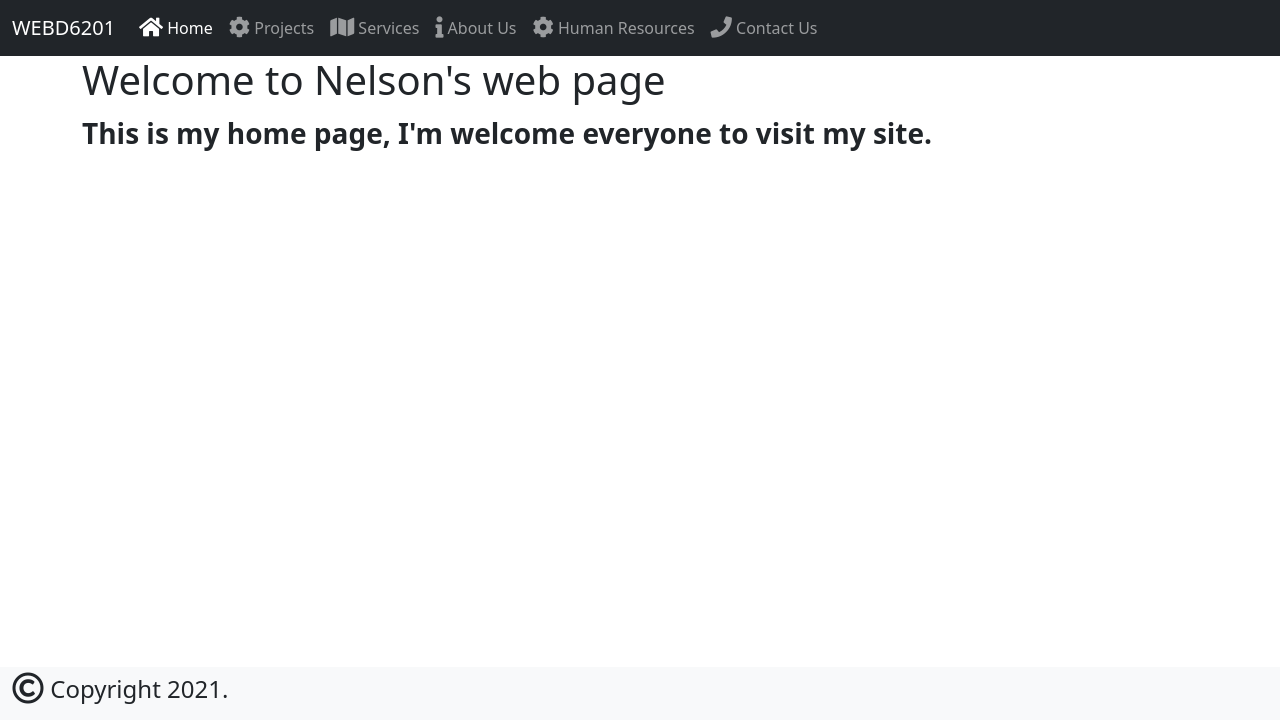
Repository: YiuWingLau/WEBD6201-W2021-Lab1
Page: index.html
An editor plug-in stored every save of this project. The page is shown before and after the next save, followed by the edit.
The browser window is 1280 px wide. The pictures show the whole page.

Above is the page before, as saved 2021-02-04 00:37:04.

### index.html
<!DOCTYPE html>
<html lang="en">
<head>
    <meta charset="UTF-8">
    <meta name="viewport" content="width=device-width, initial-scale=1.0">
    <title>Home</title>

    <!--CSS Section -->
    <link rel="stylesheet" href="./node_modules/bootstrap/dist/css/bootstrap.min.css">
    <link rel="stylesheet" href="./node_modules/@fortawesome//fontawesome-free/css/all.min.css">
    <link rel="stylesheet" href="./Content/app.css">
</head>
<body>
    <!-- Main Header-->
    <header>
      <!-- Main Navigation-->
        <nav class="navbar navbar-expand-lg navbar-dark bg-dark">
            <div class="container-fluid">
              <a class="navbar-brand" href="index.html">WEBD6201</a>
              <button class="navbar-toggler" type="button" data-bs-toggle="collapse" data-bs-target="#navbarSupportedContent" aria-controls="navbarSupportedContent" aria-expanded="false" aria-label="Toggle navigation">
                <span class="navbar-toggler-icon"></span>
              </button>
              <div class="collapse navbar-collapse" id="navbarSupportedContent">
                <ul class="navbar-nav me-auto mb-2 mb-lg-0">

                  <li id="navBarIndex" class="nav-item">
                    <a class="nav-link active" aria-current="page" href="index.html"><i class="fas fa-home fa-lg"></i> Home</a>
                  </li>

                  <li id="navBarProjects" class="nav-item">
                    <a class="nav-link" aria-current="page" href="products.html"><i class="fas fa-cog fa-lg"></i> Products</a>
                  </li>

                  <li id="navBarServices" class="nav-item">
                    <a class="nav-link" aria-current="page" href="services.html"><i class="fas fa-map fa-lg"></i> Services</a>
                  </li>

                  <li id="navBarAbout" class="nav-item">
                    <a class="nav-link" aria-current="page" href="about.html"><i class="fas fa-info fa-lg"></i> About Us</a>
                  </li>

                  <li id="navBarContact" class="nav-item">
                    <a class="nav-link" aria-current="page" href="contact.html"><i class="fas fa-phone fa-lg"></i> Contact Us</a>
                  </li>

                    </li>
                </ul>
              </div>
            </div>
        </nav>
    </header>
    <!-- Main Content -->
    <main class="container">
        <h1>Welcome to WEBD6201</h1>
        <p id="paragraphOne" class="fs-3"></p>
    </main>
    <!-- Main Footer -->
    <footer>
        <nav class="navbar fixed-bottom navbar-light bg-light">
            <div class="container-fluid">
              <h4><i class="far fa-copyright fa-lg"></i> Copyright 2021.</a></h4>
            </div>
        </nav>
    </footer>
    <!-- JavaScript Section -->
    <script src="./node_modules/jquery/dist/jquery.min.js"></script>
    <script src="./node_modules/bootstrap/dist/js/bootstrap.bundle.min.js"></script>
    <script src="./Scripts/app.js"></script>
</body>
</html>

### Content/app.css
body {
    background-color: powerblue;
}

### Scripts/app.js
/* custom JavaScript goes here */

//IIFE - Immediately Invoked Function Expression
//AKA - Anonymous Self-Executing Function
//Closure - limits scope leak

"use strict";

(function()
{
    function displayHome()
    {
        let paragraphOneText =
          "This is a simple site to demonstrate DOM Manipulation for ICE 1";

        let paragraphOneElement = document.getElementById("paragraphOne");

        paragraphOneElement.textContent = paragraphOneText;
        paragraphOneElement.className = "fs-5";

        // Step 1. document.createElement
        let newParagraph = document.createElement("p");
        // Step 2. configure the element
        newParagraph.setAttribute("id", "paragraphTwo");
        newParagraph.textContent = "...And this is paragraph two";
        // Step 3. select the parent element
        let mainContent = document.getElementsByTagName("main")[0];
        // Step 4. Add / Insert the element
        mainContent.appendChild(newParagraph);
        newParagraph.className = "fs-6";

        // another way of injecting content
        let paragraphDiv = document.createElement("div");
        let paragraphThree = `<p id="paragraphThree" class="fs-7 fw-bold">And this is the Third Paragraph</p>`;
        paragraphDiv.innerHTML = paragraphThree;

        // insertions

        // example of inserting before a node
        //newParagraph.before(paragraphDiv);

        // example of inserting after a node
        newParagraph.after(paragraphDiv);

        // deletions

        // example of removing a single element
        //paragraphOneElement.remove();

        // example of removeChild
        mainContent.removeChild(paragraphOneElement);
        // update / modification
        //mainContent.firstElementChild.textContent = "Welcome Home!";

        mainContent.innerHTML = `<h1 id="firstHeading">Welcome to Nelson's web page</h1>
         <p id="paragraphOne" class="fs-3 fw-bold">This is my home page, I'm welcome everyone to visit my site.</p>
        `;

    }

    function displayAbout()
    {
                // Step 1. document.createElement
                let newParagraph = document.createElement("p");


                let myPicture = `<img src="./images/img_me.jpg" alt="Nelson Lau">`;

                // Step 2. configure the element
                newParagraph.setAttribute("id", "introducemyself");
                newParagraph.textContent = "Hi~ My name is Nelson Lau. I am a computer programmer student, studied at durham college.";
                // Step 3. select the parent element
                let mainContent = document.getElementsByTagName("main")[0];
                // Step 4. Add / Insert the element
                mainContent.appendChild(newParagraph);
                newParagraph.className = "fs-6";
                mainContent.innerHTML = myPicture;
    }

    function displayProjects()
    {
        // Step 1. document.createElement
        let newParagraph = document.createElement("p");
        // Step 2. configure the element
        newParagraph.setAttribute("id", "myprojects");
        newParagraph.textContent = "Here are my famourite projects.";
        // Step 3. select the parent element
        let mainContent = document.getElementsByTagName("main")[0];
        // Step 4. Add / Insert the element
        mainContent.appendChild(newParagraph);
        newParagraph.className = "fs-6";
    }

    function displayHumanResources()
    {

    }

    function displayServices()
    {

        // another way of injecting content
        let paragraphDiv = document.createElement("div");
        let paragraphThree = `<p id="paragraphThree" class="fs-7 fw-bold">And this is the Third Paragraph</p>`;
        paragraphDiv.innerHTML = paragraphThree;

        // insertions

        // example of inserting before a node
        // newParagraph.before(paragraphDiv);

        // example of inserting after a node
        newParagraph.after(paragraphDiv);

        // deletions

        // example of removing a single element
        //paragraphOneElement.remove();

        // example of removeChild
       // mainContent.removeChild(paragraphOneElement);
        // update / modification
        //mainContent.firstElementChild.textContent = "Welcome Home!";
    }

    function displayContact()
    {
        let messageArea = document.getElementById("messageArea");
        messageArea.hidden = true;

        // form validation
        let fullName = document.getElementById("fullName");
        fullName.addEventListener("blur", function() {
            if(fullName.value.length < 2)
            {
                fullName.focus();
                fullName.select();
                messageArea.hidden = false;
                messageArea.className = "alert alert-danger";
                messageArea.textContent = "Please enter an appropriate Name";
            }
            else
            {
                messageArea.removeAttribute("class");
                messageArea.hidden = true;
            }
        });

        let sendButton = document.getElementById("sendButton");
        sendButton.addEventListener("click", function(event){
            //event.preventDefault();

            let contact = new Contact(fullName.value, contactNumber.value, emailAddress.value);

            if(contact.serialize())
            {
              localStorage.setItem((localStorage.length + 1).toString(), contact.serialize());
            }

        });
    }

    function displayContactList()
    {
      if (localStorage.length > 0)
      {
        let contactList = document.getElementById("contactList");

        let data = "";

        for (let index = 0; index < localStorage.length; index++)
        {
          let contactData = localStorage.getItem((index + 1).toString());

          let contact = new Contact();
          contact.deserialize(contactData);

          data += `<tr>
          <th scope="row">${index + 1}</th>
          <td>${contact.FullName}</td>
          <td>${contact.ContactNumber}</td>
          <td>${contact.EmailAddress}</td>
        </tr>`;
        }

        contactList.innerHTML = data;
      }
    }

    // function to correct the wrong link and text content in navigation bar
    function changeNavBarName()
    {
        let NavName = document.getElementById("navBarProjects");
        NavName.innerHTML = `<a class='nav-link' aria-current='page' href='projects.html'><i class="fas fa-cog fa-lg"></i> Projects</a>`;
    }

    function addNewNavBarElement()
    {
        let newListElement = document.createElement("li");
        newListElement.setAttribute("id", "navBarHumanResources");
        newListElement.setAttribute("class", "nav-item");
        newListElement.innerHTML = `<a class='nav-link' aria-current='page' href='Human-Resources.html'><i class="fas fa-cog fa-lg"></i> Human Resources</a>`;

        let aboutUsListElement = document.getElementById("navBarAbout");
        aboutUsListElement.after(newListElement);
    }

    function Start()
    {
        console.log("App Started...");

        changeNavBarName();

        addNewNavBarElement();

        //<a id="navbarSupportedContent">Projects</a>
        //let navBarElement = getElementById("navbarSupportedContent");

        document.getElementById("navBarProjects").href = "projects.html";
        document.getElementById("navBarProjects").text = " Projects";
        //document.getElementById("navBarProjects").setAttribute("class", "fas fa-cog fa-lg");


        switch (document.title)
        {
          case "Home":
              displayHome();
            break;
          case "About":
              displayAbout();
            break;
          case "Projects":
              displayProjects();
            break;
          case "Human Resources":
              displayHumanResources();
            break;
          case "Services":
              displayServices();
            break;
          case "Contact":
              displayContact();
            break;
          case "Contact-List":
            displayContactList();
          break;
        }

    }

    window.addEventListener("load", Start);

})();

Loaded but not shown: node_modules/bootstrap/dist/css/bootstrap.min.css (library); node_modules/@fortawesome/fontawesome-free/css/all.min.css (library); node_modules/jquery/dist/jquery.min.js (library); node_modules/bootstrap/dist/js/bootstrap.bundle.min.js (library)

After the next save:
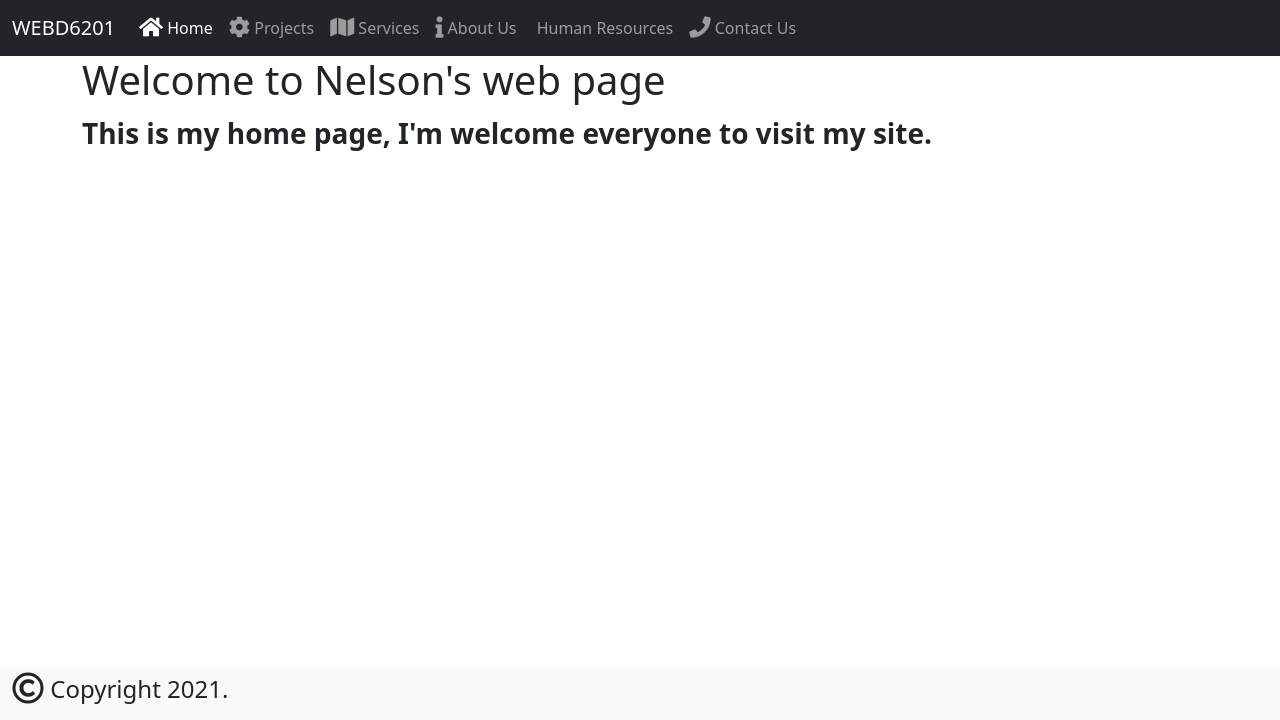
Saved 9 min 20 s later.
--- a/Scripts/app.js
+++ b/Scripts/app.js
@@ -199,7 +199,7 @@
         let newListElement = document.createElement("li");
         newListElement.setAttribute("id", "navBarHumanResources");
         newListElement.setAttribute("class", "nav-item");
-        newListElement.innerHTML = `<a class='nav-link' aria-current='page' href='Human-Resources.html'><i class="fas fa-cog fa-lg"></i> Human Resources</a>`;
+        newListElement.innerHTML = `<a class='nav-link' aria-current='page' href='Human-Resources.html'><i class="fas fa-globe-stand fa-lg"></i></i> Human Resources</a>`;
 
         let aboutUsListElement = document.getElementById("navBarAbout");
         aboutUsListElement.after(newListElement);
